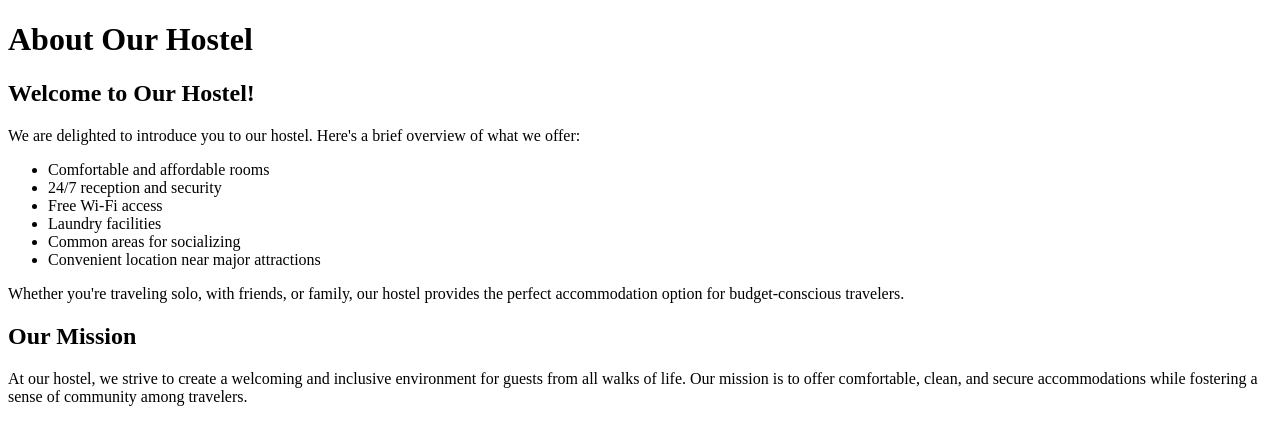
Repository: sivaprasadpk/adavpro
Page: LoginProjecct/src/main/webapp/AboustUs.html
An editor plug-in stored every save of this project. The page is shown before and after the next save, followed by the edit.
The browser window is 1280 px wide. The pictures show the whole page.

Above is the page before, as saved 2024-03-14 15:11:08.

### LoginProjecct/src/main/webapp/AboustUs.html
<!DOCTYPE html>
<html lang="en">
<head>
    <meta charset="UTF-8">
    <meta name="viewport" content="width=device-width, initial-scale=1.0">
    <title>About Us</title>
    <!-- Add any additional styling or links to CSS files here -->
</head>
<body>
    <header>
        <h1>About Our Hostel</h1>
    </header>
    <nav>
        <!-- Add navigation links here if needed -->
    </nav>
    <main>
        <section>
            <h2>Welcome to Our Hostel!</h2>
            <p>We are delighted to introduce you to our hostel. Here's a brief overview of what we offer:</p>
            <ul>
                <li>Comfortable and affordable rooms</li>
                <li>24/7 reception and security</li>
                <li>Free Wi-Fi access</li>
                <li>Laundry facilities</li>
                <li>Common areas for socializing</li>
                <li>Convenient location near major attractions</li>
            </ul>
            <p>Whether you're traveling solo, with friends, or family, our hostel provides the perfect accommodation option for budget-conscious travelers.</p>
        </section>
        <section>
            <h2>Our Mission</h2>
            <p>At our hostel, we strive to create a welcoming and inclusive environment for guests from all walks of life. Our mission is to offer comfortable, clean, and secure accommodations while fostering a sense of community among travelers.</p>
        </section>
       </body>
</html>

After the next save:
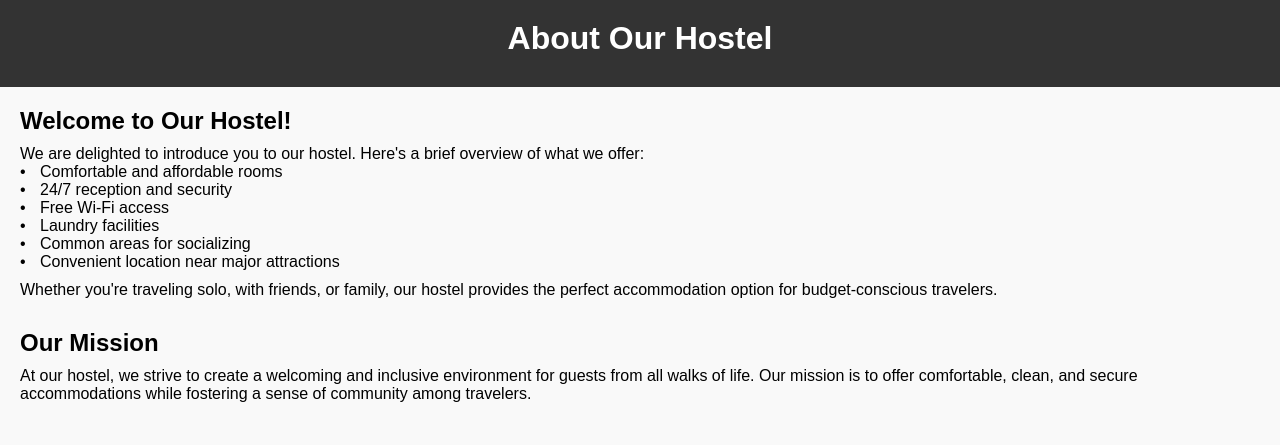
Saved 93 s later.
--- a/LoginProjecct/src/main/webapp/AboustUs.html
+++ b/LoginProjecct/src/main/webapp/AboustUs.html
@@ -4,7 +4,79 @@
     <meta charset="UTF-8">
     <meta name="viewport" content="width=device-width, initial-scale=1.0">
     <title>About Us</title>
-    <!-- Add any additional styling or links to CSS files here -->
+    <style type="text/css">
+    /* Reset default margin and padding */
+* {
+    margin: 0;
+    padding: 0;
+    box-sizing: border-box;
+}
+
+/* Set body font and background */
+body {
+    font-family: Arial, sans-serif;
+    background-color: #f9f9f9;
+}
+
+/* Header styles */
+header {
+    background-color: #333;
+    color: #fff;
+    padding: 20px;
+    text-align: center;
+}
+
+/* Main content styles */
+main {
+    padding: 20px;
+}
+
+/* Section styles */
+section {
+    margin-bottom: 30px;
+}
+
+/* Heading styles */
+h1, h2 {
+    margin-bottom: 10px;
+}
+
+/* List styles */
+ul {
+    list-style-type: none;
+    margin-bottom: 10px;
+}
+
+li {
+    padding-left: 20px;
+    position: relative;
+}
+
+li::before {
+    content: '\2022';
+    position: absolute;
+    left: 0;
+}
+
+/* Footer styles */
+footer {
+    background-color: #333;
+    color: #fff;
+    padding: 10px 20px;
+    text-align: center;
+}
+
+/* Links styles */
+a {
+    color: #333;
+    text-decoration: none;
+}
+
+a:hover {
+    text-decoration: underline;
+}
+
+    </style>
 </head>
 <body>
     <header>
